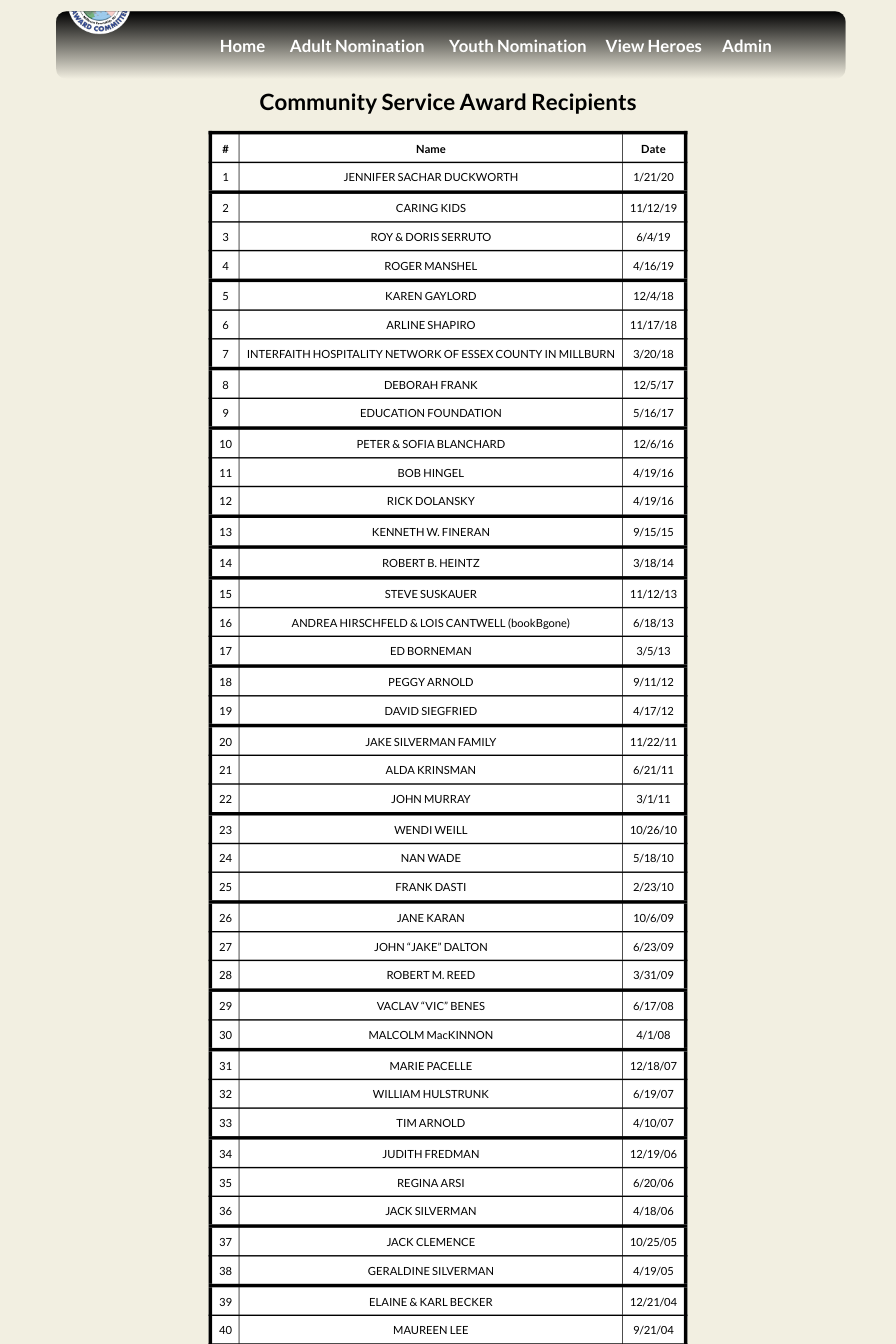
Repository: Centrattic/Young-Heroes-Website
Page: http://localhost/Frontend/before2020.php
An editor plug-in stored every save of this project. The page is shown before and after the next save, followed by the edit.
The browser window is 1280 px wide. The pictures show the part of the page from y = 0 to 1920 px (the page is 3810 px tall), at 70% of full size.
The page is run by PHP 8.4 with error messages shown; the project is at /var/www/html/.

Above is the page before, as saved 2020-12-21 14:19:22.

After the next save:
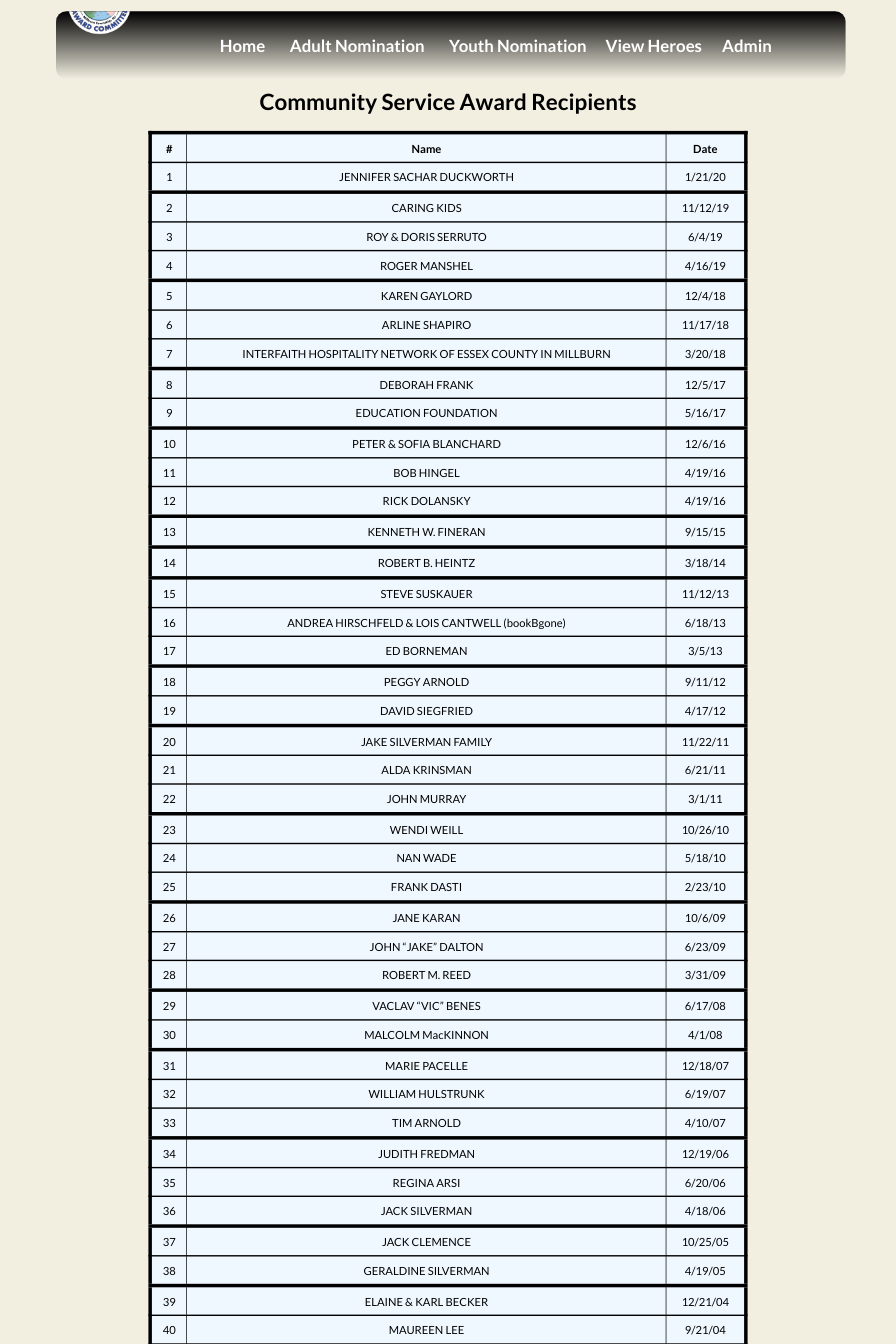
Saved 88 s later.
--- a/Eagle Project/Frontend/before2020.php
+++ b/Eagle Project/Frontend/before2020.php
@@ -25,7 +25,8 @@ require '../Backend/dbhconnect.php';
             margin: 0 auto;
             border: 5px solid black;
             border-radius: 0px;
-            background-color: white;
+            background-color: aliceblue;
+            width: 75%;
         }
 
         th,td {
